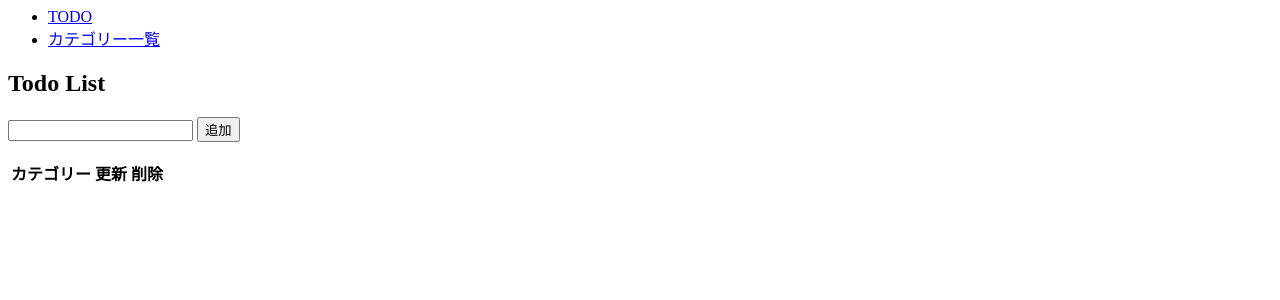
Repository: azuma2/cate
Page: http://localhost/cate
The author's editor kept a copy of each file at every save. The page is drawn from the files as they stood at one save, then again after the next save.
The browser window is 1280 px wide. The pictures show the whole page.
The page is served by the project's Laravel application, run on PHP 8.4 with Laravel 8. Other server files are loaded and not shown. Queries for data that is not in the repository find no rows.

Above is the page before, as saved 2022-05-17 03:19:33.

### routes/web.php
<?php

use Illuminate\Support\Facades\Route;
use App\Http\Controllers\TodoController;
use App\Http\Controllers\CateController;


Route::get('/', [TodoController::class, 'index']);
Route::get('/cate', [TodoController::class, 'index2']);
Route::post('/todo/create', [TodoController::class, 'create']);
Route::post('/todo/update', [TodoController::class, 'update']);
Route::post('/todo/delete', [TodoController::class, 'remove']);
Route::post('/todo/search', [TodoController::class, 'search']);
Route::post('/cate/create', [CateController::class, 'post']);
Route::post('/cate/update', [CateController::class, 'update']);
Route::post('/cate/delete', [CateController::class, 'remove']);
Route::post('/cate/search', [CateController::class, 'search']);

### app/Http/Controllers/TodoController.php
<?php

namespace App\Http\Controllers;

use App\Models\Todo;
use App\Models\Cate;
use Illuminate\Http\Request;
use Illuminate\Support\Facades\DB;

class TodoController extends Controller
{
    public function index()
    {
        $items = Todo::all();
        $items = DB::select('select * from todos');
        return view('index', ['items' => $items]);
    }

    public function create(Request $request)
    {
        $param = ['content' => $request->content,];
        $this->validate($request, Todo::$rules);

        DB::insert('insert into todos (content) values (:content)', $param);
        return redirect('/');
    }

    public function update(Request $request)
    {
         $param = [
            'id' => $request->id,
            'content' => $request->content,

        ];
        $this->validate($request, Todo::$rules);
        DB::update('update todos set content =:content where id =:id', $param);
        return redirect('/');
    }

    public function remove(Request $request)
    {
        $param = ['id' => $request->id];
        DB::delete('delete from todos where id =:id', $param);
        return redirect('/');
    }



        public function index2()
    {
        $items = Todo::all();
        $items = DB::select('select * from todos');
        return view('cate', ['items' => $items]);
    }
}

### app/Models/todo.php
<?php


namespace App\Models;

use Illuminate\Database\Eloquent\Factories\HasFactory;
use Illuminate\Database\Eloquent\Model;
use App\Models\Cate;

class Todo extends Model
{
    use HasFactory;

    protected $fillable = ['cate_id', 'content'];

    public static $rules = array(
        'cate_id' => 'text',
        'content' => 'required|max:20',
    );

    public function cate(){
        return $this->belongsTo('App\Models\cate');
    }


}

### resources/views/cate.blade.php
  <body>
  <header>
    <div class="head">
      <ul>
        <li class="head1"><a href="{{ url('/') }}">TODO</a></li>
        <li class="head2"><a href="{{ url('/cate') }}">カテゴリー一覧</a></li>
      </ul>
    </div>
  </header>
  <div class="container">
    <div class="card">
      <h2 class="title">Todo List</h2>
            <div class="todo">
              @if ($errors->has('content'))
                  <tr>
                    <th>ERROR</th>
                  <td>
                  {{$errors->first('content')}}
                </td>
            </tr>
          @endif
        <form action="/todo/create" method="post">
            @csrf
          <input type="text" class="input-add" name="content">
          <input class="button" type="submit" value="追加" />
        </form>
          <div class="narabe">
        <table>
            @csrf
          <tr>

            <th>カテゴリー</th>
            <th>更新</th>
            <th>削除</th>
          </tr>

                    <tr>
            @foreach ($items as $item)

            <td>

            </td>

            <form action="/todo/update" method="post">
              @csrf
              <td>
                <input type="text" class="input-update" value="{{$item->content}}" name="content" />
              </td>
              <td>
                <input type="hidden"  name="id" value="{{$item->id}}">
                <input class="button" type="submit" value="更新" >
              </td>
            </form>
            <td>
              <form action="/todo/delete" method="post" >
                    @csrf
                <input  type="hidden" name="id" value="{{$item->id}}" >
                <input class="button" type="submit" value="削除" >
              </form>
            </td>
            </div>
          </tr>
          @endforeach
        </table>
      </div>
    </div>
  </div>
  </div>

</body>
</html>

Loaded but not shown: app/Http/Controllers/Controller.php (common file)

After the next save:
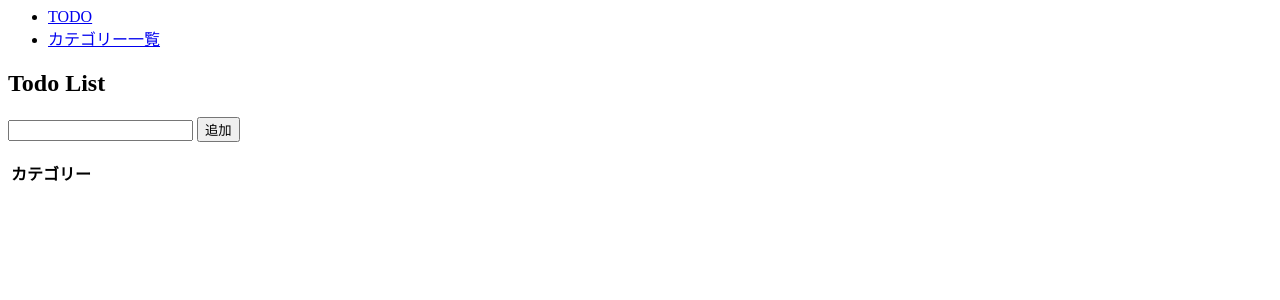
Saved 4 s later.
--- a/resources/views/cate.blade.php
+++ b/resources/views/cate.blade.php
@@ -28,10 +28,7 @@
         <table>
             @csrf
           <tr>
-
             <th>カテゴリー</th>
-            <th>更新</th>
-            <th>削除</th>
           </tr>
 
                     <tr>
